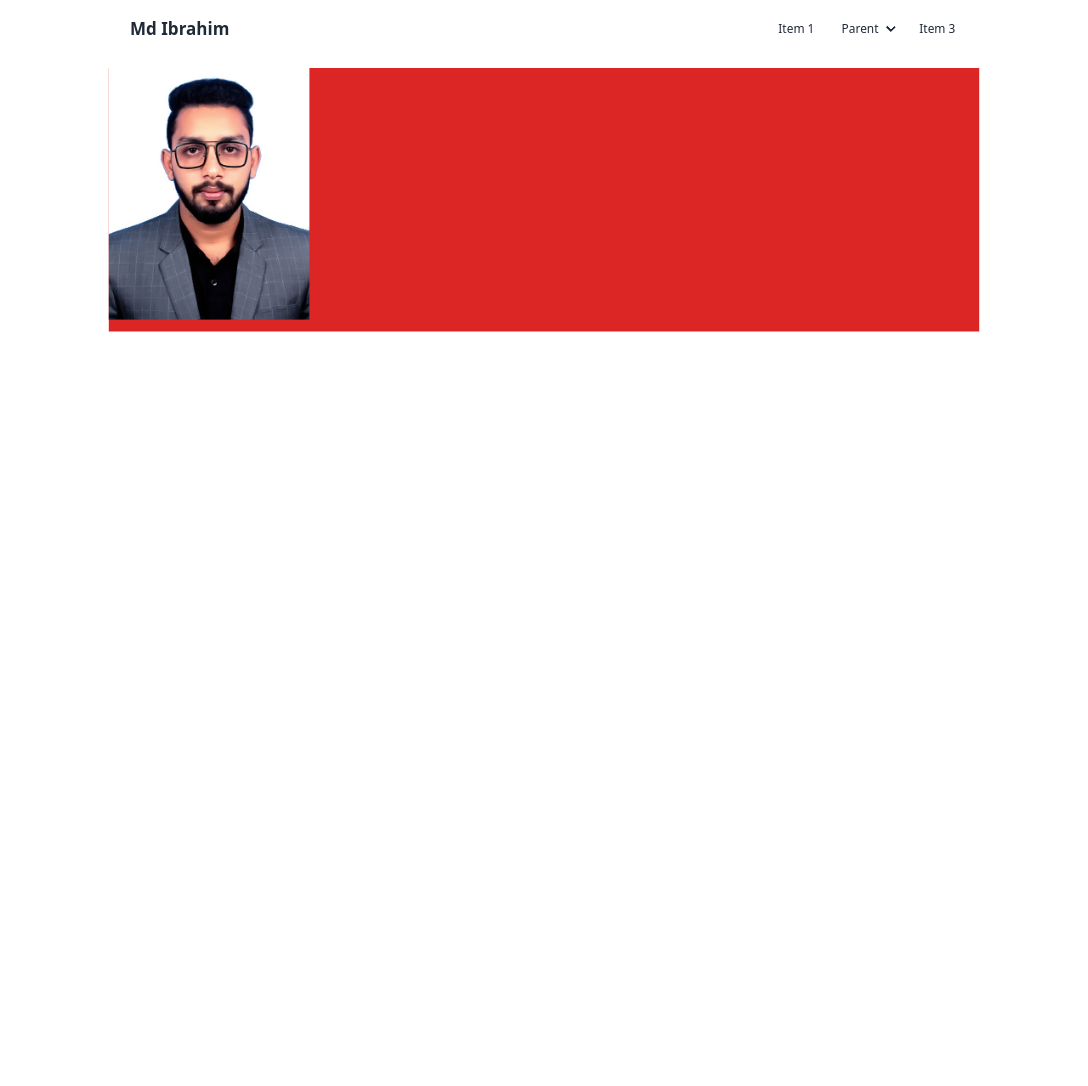
Repository: mdrubel02/portfilo
Page: /
The author's editor kept a copy of each file at every save. The page is drawn from the files as they stood at one save, then again after the next save.
The browser window is 1280 px wide. The pictures show the whole page, at 85% of full size.
The project was rebuilt for these pictures with package versions that can differ from the ones it lists, and the page was loaded fresh each time. Also part of the build but not shown: vite.config.js.

Above is the page before, as saved 2023-06-22 20:09:19.

After the next save:
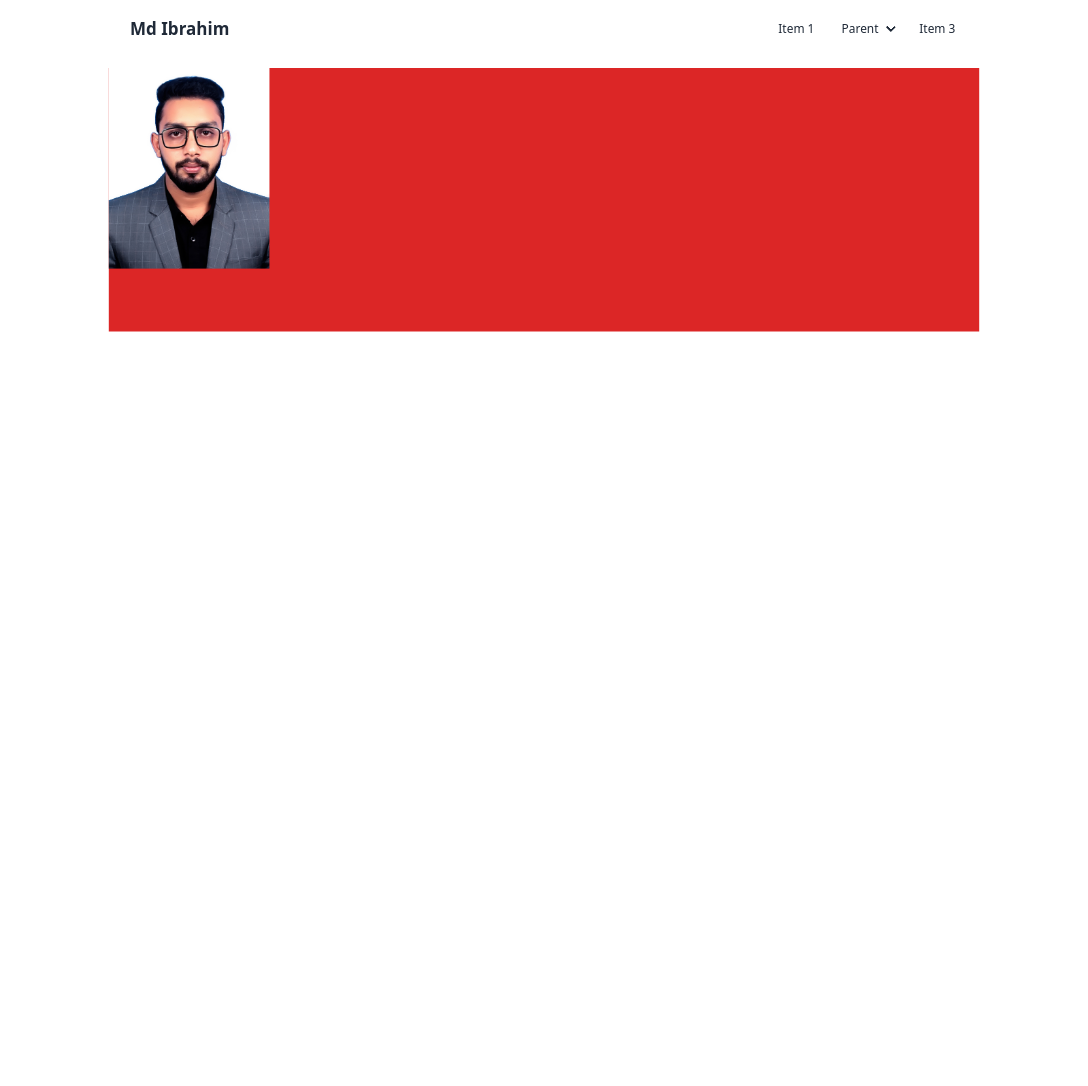
Saved 30 s later.
--- a/src/Pages/Home/Home.jsx
+++ b/src/Pages/Home/Home.jsx
@@ -8,7 +8,7 @@ const Home = () => {
                 <div className='grid grid-rows-2 grid-flow-col gap-4'>
                     <div className=''>
                         <div className='relative h-full'>
-                        <img className='h-2/4' src={profile} alt="profile" />
+                        <img className='h-2/5' src={profile} alt="profile" />
                         </div>
                     </div>
                     <div></div>
